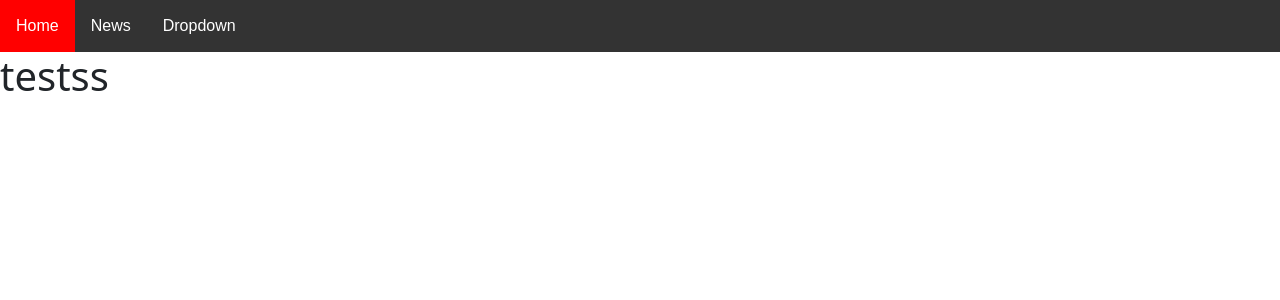
Repository: WaiMaungMaung/Mgr-site
Page: http://localhost/
An editor plug-in stored every save of this project. The page is shown before and after the next save, followed by the edit.
The browser window is 1280 px wide. The pictures show the whole page.
The page is served by the project's Laravel application, run on PHP 8.4 with Laravel 9. Other server files are loaded and not shown.

Above is the page before, as saved 2022-04-06 09:41:12.

### resources/views/welcome.blade.php
@extends('layouts.app')
<div id="container">
    <div class="navbar1">
        <a href="#home">Home</a>
        <a href="#news">News</a>
        <div class="dropdown">
            <button class="dropbtn">Dropdown
                <i class="fa fa-caret-down"></i>
            </button>
            <div class="dropdown-content">
                <div class="header1">
                    <h2>Mega Menu</h2>
                </div>
                <div class="row">
                    <div class="column">
                        <h3>Category 1</h3>
                        <a href="#">Link 1</a>
                        <a href="#">Link 2</a>
                        <a href="#">Link 3</a>
                    </div>
                    <div class="column">
                        <h3>Category 2</h3>
                        <a href="#">Link 1</a>
                        <a href="#">Link 2</a>
                        <a href="#">Link 3</a>
                    </div>
                    <div class="column">
                        <h3>Category 3</h3>
                        <a href="#">Link 1</a>
                        <a href="#">Link 2</a>
                        <a href="#">Link 3</a>
                    </div>
                </div>
            </div>
        </div>
    </div>
    </ul>


</div>

### resources/views/layouts/app.blade.php
<!doctype html>
<html lang="en">

<head>
    <!-- Required meta tags -->
    <meta charset="utf-8">
    <meta name="viewport" content="width=device-width, initial-scale=1">

    <!-- Bootstrap CSS -->


    <link href="https://cdn.jsdelivr.net/npm/bootstrap@5.1.3/dist/css/bootstrap.min.css" rel="stylesheet"
        integrity="sha384-1BmE4kWBq78iYhFldvKuhfTAU6auU8tT94WrHftjDbrCEXSU1oBoqyl2QvZ6jIW3" crossorigin="anonymous">

    <title>Hello, world!</title>
    <style type="text/css">
        .navbar1 {
            overflow: hidden;
            background-color: #333;
            font-family: Arial;
        }

        /* Links inside the navbar */
        .navbar1 a {
            float: left;
            font-size: 16px;
            color: white;
            text-align: center;
            padding: 14px 16px;
            text-decoration: none;
        }

        /* The dropdown container */
        .dropdown {
            float: left;
            overflow: hidden;
        }

        /* Dropdown button */
        .dropdown .dropbtn {
            font-size: 16px;
            border: none;
            outline: none;
            color: white;
            padding: 14px 16px;
            background-color: inherit;
            font: inherit;
            /* Important for vertical align on mobile phones */
            margin: 0;
            /* Important for vertical align on mobile phones */
        }

        /* Add a red background color to navbar links on hover */
        .navbar1 a:hover,
        .dropdown:hover .dropbtn {
            background-color: red;
        }

        /* Dropdown content (hidden by default) */
        .dropdown-content {
            display: none;
            position: absolute;
            background-color: #f9f9f9;
            width: 100%;
            left: 0;
            box-shadow: 0px 8px 16px 0px rgba(0, 0, 0, 0.2);
            z-index: 1;
        }

        /* Mega Menu header, if needed */
        .dropdown-content .header1 {
            background: red;
            padding: 16px;
            color: white;
        }

        /* Show the dropdown menu on hover */
        .dropdown:hover .dropdown-content {
            display: block;
        }

        /* Create three equal columns that floats next to each other */
        .column {
            float: left;
            width: 33.33%;
            padding: 10px;
            background-color: #ccc;
            height: 250px;
        }

        /* Style links inside the columns */
        .column a {
            float: none;
            color: black;
            padding: 16px;
            text-decoration: none;
            display: block;
            text-align: left;
        }

        /* Add a background color on hover */
        .column a:hover {
            background-color: #ddd;
        }

        /* Clear floats after the columns */
        .row:after {
            content: "";
            display: table;
            clear: both;
        }

    </style>
</head>

<body>
    <h1>testss</h1>
    <!-- Optional JavaScript; choose one of the two! -->

    <!-- Option 1: Bootstrap Bundle with Popper -->
    <script src="https://cdn.jsdelivr.net/npm/bootstrap@5.1.3/dist/js/bootstrap.bundle.min.js"
        integrity="sha384-ka7Sk0Gln4gmtz2MlQnikT1wXgYsOg+OMhuP+IlRH9sENBO0LRn5q+8nbTov4+1p" crossorigin="anonymous">
    </script>

    <!-- Option 2: Separate Popper and Bootstrap JS -->
    <!--
    <script src="https://cdn.jsdelivr.net/npm/@popperjs/core@2.10.2/dist/umd/popper.min.js"
        integrity="sha384-7+zCNj/IqJ95wo16oMtfsKbZ9ccEh31eOz1HGyDuCQ6wgnyJNSYdrPa03rtR1zdB" crossorigin="anonymous">
    </script>
    <script src="https://cdn.jsdelivr.net/npm/bootstrap@5.1.3/dist/js/bootstrap.min.js"
        integrity="sha384-QJHtvGhmr9XOIpI6YVutG+2QOK9T+ZnN4kzFN1RtK3zEFEIsxhlmWl5/YESvpZ13" crossorigin="anonymous">
    </script>
    -->
    @yield('content')
</body>

</html>

Loaded but not shown: routes/web.php (common file)

After the next save:
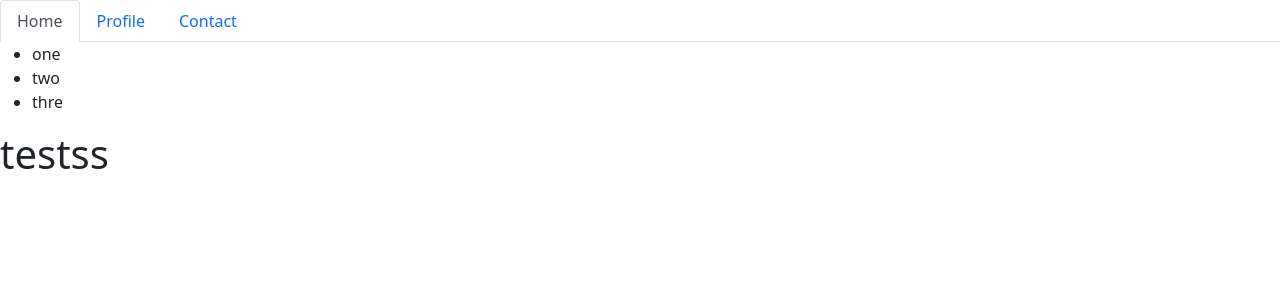
Saved 3 min 40 s later.
--- a/resources/views/welcome.blade.php
+++ b/resources/views/welcome.blade.php
@@ -1,40 +1,30 @@
 @extends('layouts.app')
 <div id="container">
-    <div class="navbar1">
-        <a href="#home">Home</a>
-        <a href="#news">News</a>
-        <div class="dropdown">
-            <button class="dropbtn">Dropdown
-                <i class="fa fa-caret-down"></i>
-            </button>
-            <div class="dropdown-content">
-                <div class="header1">
-                    <h2>Mega Menu</h2>
-                </div>
-                <div class="row">
-                    <div class="column">
-                        <h3>Category 1</h3>
-                        <a href="#">Link 1</a>
-                        <a href="#">Link 2</a>
-                        <a href="#">Link 3</a>
-                    </div>
-                    <div class="column">
-                        <h3>Category 2</h3>
-                        <a href="#">Link 1</a>
-                        <a href="#">Link 2</a>
-                        <a href="#">Link 3</a>
-                    </div>
-                    <div class="column">
-                        <h3>Category 3</h3>
-                        <a href="#">Link 1</a>
-                        <a href="#">Link 2</a>
-                        <a href="#">Link 3</a>
-                    </div>
-                </div>
-            </div>
+    <ul class="nav nav-tabs home" id="myTab" role="tablist">
+        <li class="nav-item" role="presentation">
+            <button class="nav-link active sub-nav" id="home-tab" data-bs-toggle="tab" data-bs-target="#home"
+                type="button" role="tab" aria-controls="home" aria-selected="true">Home</button>
+        </li>
+        <li class="nav-item" role="presentation">
+            <button class="nav-link sub-nav" id="profile-tab" data-bs-toggle="tab" data-bs-target="#profile"
+                type="button" role="tab" aria-controls="profile" aria-selected="false">Profile</button>
+        </li>
+        <li class="nav-item" role="presentation">
+            <button class="nav-link sub-nav" id="contact-tab" data-bs-toggle="tab" data-bs-target="#contact"
+                type="button" role="tab" aria-controls="contact" aria-selected="false">Contact</button>
+        </li>
+    </ul>
+    <div class="tab-content" id="myTabContent">
+        <div class="tab-pane fade show active" id="home" role="tabpanel" aria-labelledby="home-tab">
+
+            <ul>
+                <li>one</li>
+                <li>two</li>
+                <li>thre</li>
+            </ul>
         </div>
+        <div class="tab-pane fade" id="profile" role="tabpanel" aria-labelledby="profile-tab">.2.</div>
+        <div class="tab-pane fade" id="contact" role="tabpanel" aria-labelledby="contact-tab">.3.</div>
     </div>
-    </ul>
-
 
 </div>
